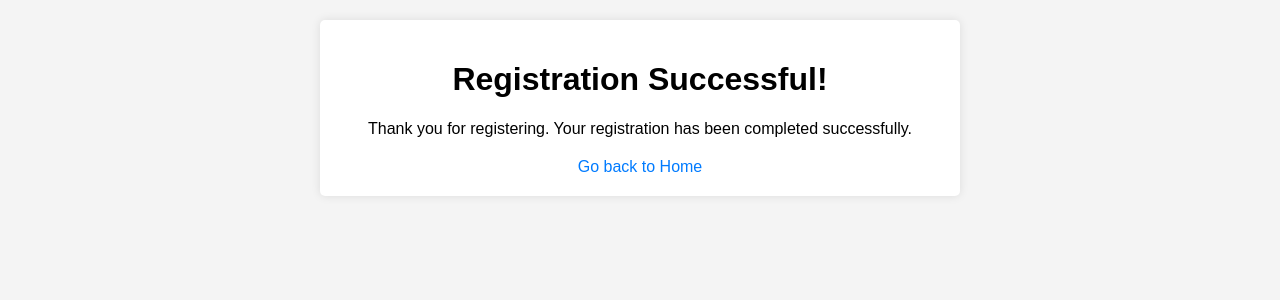
Repository: Yemili/springboot_application
Page: workspace/student/src/main/resources/template/registrationsuccess.html
These files come from the project's save history. The page is drawn as it stood at one moment and after the next save; the edit follows.
The browser window is 1280 px wide. The pictures show the whole page.

Above is the page before, as saved 2024-09-24 08:49:22.

After the next save:
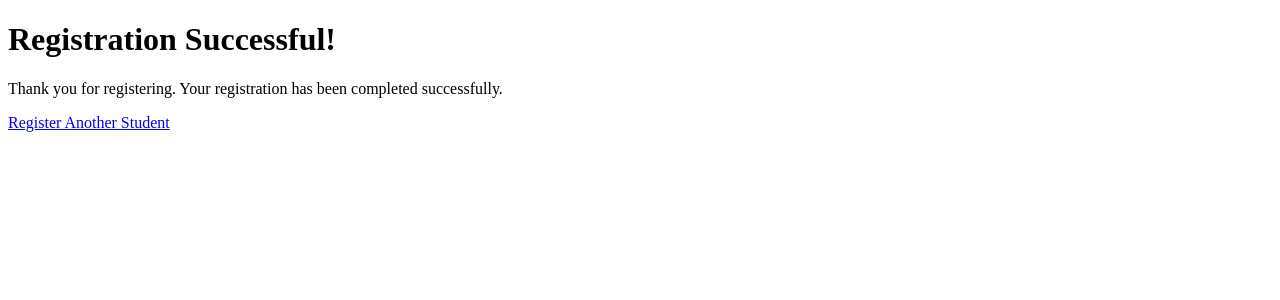
Saved 22 s later.
--- a/workspace/student/src/main/resources/template/registrationsuccess.html
+++ b/workspace/student/src/main/resources/template/registrationsuccess.html
@@ -9,40 +9,7 @@
     <div class="container">
         <h1>Registration Successful!</h1>
         <p>Thank you for registering. Your registration has been completed successfully.</p>
-        <a href="/">Go back to Home</a> <!-- Link to return to the registration form -->
+        <a href="/students/registration">Register Another Student</a>
     </div>
-
-    <style>
-        body {
-            font-family: Arial, sans-serif;
-            background-color: #f4f4f4;
-            margin: 0;
-            padding: 20px;
-        }
-        .container {
-            max-width: 600px;
-            margin: auto;
-            background: white;
-            padding: 20px;
-            border-radius: 5px;
-            box-shadow: 0 0 10px rgba(0, 0, 0, 0.1);
-        }
-        h1 {
-            text-align: center;
-        }
-        p {
-            text-align: center;
-        }
-        a {
-            display: block;
-            text-align: center;
-            margin-top: 20px;
-            text-decoration: none;
-            color: #007bff;
-        }
-        a:hover {
-            text-decoration: underline;
-        }
-    </style>
 </body>
 </html>
